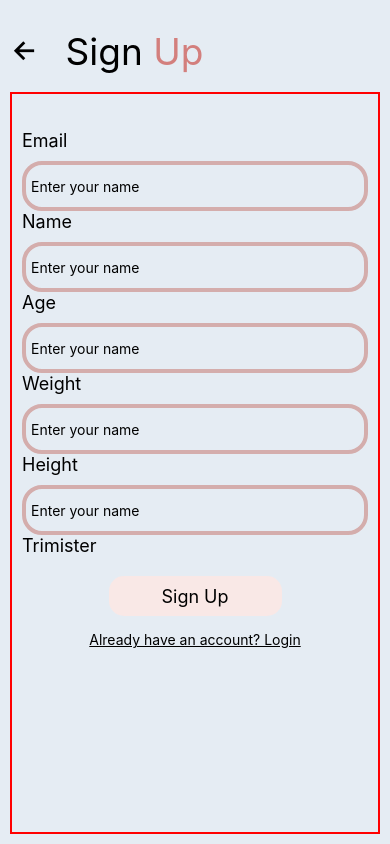
Repository: kgayathridevi/pregband
Screen: /Sign
An editor plug-in stored every save of this project. The screen is shown before and after the next save, followed by the edit.
The app was drawn by React Native's web renderer in a window 390 px wide. The project was rebuilt for these pictures with package versions that can differ from the ones it lists, and the page was loaded fresh each time. Also part of the build but not shown: component/Home.jsx.

Above is the screen before, as saved 2023-04-30 07:52:13.

### App.js
import { NavigationContainer } from "@react-navigation/native";
import { createNativeStackNavigator } from "@react-navigation/native-stack";
import { StatusBar } from "expo-status-bar";
import { StyleSheet, Text, View } from "react-native";
import SignUpScreen from "./component/SignUpScreen";
import LogInScreen from "./component/LogInScreen";
import Home from "./component/Home";

const Stack = createNativeStackNavigator();
export default function App() {
  return (
    <NavigationContainer>
      <Stack.Navigator initialRouteName="Log">
        <Stack.Screen
          options={{ headerShown: false }}
          name="Log"
          component={LogInScreen}
        />
        <Stack.Screen
          options={{ headerShown: false }}
          name="Sign"
          component={SignUpScreen}
        />
        <Stack.Screen name="Home" component={Home} />
      </Stack.Navigator>
    </NavigationContainer>
  );
}

const styles = StyleSheet.create({
  // container: {
  //   flex: 1,
  //   backgroundColor: '#fff',
  //   alignItems: 'center',
  //   justifyContent: 'center',
  // },
});

### component/SignUpScreen.jsx
import {
  StyleSheet,
  Text,
  View,
  TextInput,
  TouchableOpacity,
} from "react-native";
import React from "react";
import { Button } from "react-native";
import Ionicons from "@expo/vector-icons/Ionicons";
import { SafeAreaView } from "react-native-safe-area-context";

const SignUpScreen = ({ navigation }) => {
  return (
    <SafeAreaView style={styles.container}>
      <View style={styles.headerContainer}>
        <View style={styles.btnCont}>
          <Ionicons name="arrow-back" color="black" size={30} />
        </View>
        <View style={styles.titleContain}>
          <Text style={styles.textC}>Sign</Text>
          <Text style={[styles.textC, styles.textC2]}> Up</Text>
        </View>
      </View>
      <View style={styles.mainContainer}>
        <View style={styles.inputContainer}>
          <Text style={{ fontSize: 18 }}>Email</Text>
          <TextInput style={styles.textInp} placeholder="Enter your name" />

          <Text style={{ fontSize: 18 }}>Name</Text>
          <TextInput style={styles.textInp} placeholder="Enter your name" />

          <Text style={{ fontSize: 18 }}>Age</Text>
          <TextInput style={styles.textInp} placeholder="Enter your name" />

          <Text style={{ fontSize: 18 }}>Weight</Text>
          <TextInput style={styles.textInp} placeholder="Enter your name" />

          <Text style={{ fontSize: 18 }}>Height</Text>
          <TextInput style={styles.textInp} placeholder="Enter your name" />

          <Text style={{ fontSize: 18 }}>Trimister</Text>
          {/* <TextInput style={styles.textInp} placeholder="Enter your name" /> */}

          {/* <Text style={{ fontSize: 18, marginTop: 15 }}>Password</Text>
          <TextInput style={styles.textInp} placeholder="Enter your password" /> */}

          <View style={{ marginTop: 20, alignItems: "center" }}>
            <TouchableOpacity
              style={styles.logBtn}
              onPress={() => navigation.navigate("Home")}
            >
              <Text style={{ fontSize: 18 }}>Sign Up</Text>
            </TouchableOpacity>
            <TouchableOpacity onPress={() => navigation.navigate("Sign")}>
              <Text style={{ textDecorationLine: "underline", marginTop: 15 }}>
                Already have an account? Login
              </Text>
            </TouchableOpacity>
          </View>
        </View>
      </View>
    </SafeAreaView>
  );
};

export default SignUpScreen;

const styles = StyleSheet.create({
  container: {
    // borderWidth: 2,
    height: "100%",
    backgroundColor: "#E5ECF3",
    padding: 10,
  },
  headerContainer: {
    // borderWidth: 2,
    height: "10%",
    flexDirection: "row",
    justifyContent: "space-between",
  },
  titleContain: {
    // borderWidth: 2,
    flexDirection: "row",
    width: "85%",
    alignItems: "center",
  },
  btnCont: {
    justifyContent: "center",
    // borderWidth: 2,
  },
  textC: {
    fontSize: 37,
  },
  textC2: {
    color: "#D37F7D",
  },
  mainContainer: {
    borderWidth: 2,
    height: "90%",
    borderColor: "red",
  },
  inputContainer: {
    // borderWidth: 2,
    height: "80%",
    justifyContent: "center",
    padding: 10,
  },
  textInp: {
    borderWidth: 4,
    borderColor: "#D4ADAC",
    borderRadius: 20,
    height: 50,
    paddingHorizontal: 5,
    marginTop: 10,
  },
  logBtn: {
    backgroundColor: "#F9E8E6",
    height: 40,
    alignItems: "center",
    justifyContent: "center",
    width: "50%",
    borderRadius: 15,
  },
});

### component/LogInScreen.jsx
import {
  Button,
  StyleSheet,
  Text,
  TextInput,
  TouchableOpacity,
  View,
} from "react-native";
import React from "react";
import { SafeAreaView } from "react-native-safe-area-context";
import Ionicons from "@expo/vector-icons/Ionicons";

const LogInScreen = ({ navigation }) => {
  return (
    <SafeAreaView style={styles.container}>
      <View style={styles.headerContainer}>
        <View style={styles.btnCont}>
          {/* <Text>back</Text> */}
          <Ionicons name="arrow-back" color="black" size={30} />
        </View>
        <View style={styles.titleContain}>
          <Text style={styles.textC}>Log</Text>
          <Text style={[styles.textC, styles.textC2]}> In</Text>
        </View>
      </View>
      <View style={styles.mainContainer}>
        <View style={styles.inputContainer}>
          <Text style={{ fontSize: 18 }}>Email</Text>
          <TextInput style={styles.textInp} placeholder="Enter your name" />

          <Text style={{ fontSize: 18, marginTop: 15 }}>Password</Text>
          <TextInput style={styles.textInp} placeholder="Enter your password" />

          <View style={{ marginTop: 55, alignItems: "center" }}>
            <TouchableOpacity
              style={styles.logBtn}
              onPress={() => navigation.navigate("Home")}
            >
              <Text style={{ fontSize: 18 }}>Log In</Text>
            </TouchableOpacity>
            <TouchableOpacity onPress={() => navigation.navigate("Sign")}>
              <Text style={{ textDecorationLine: "underline", marginTop: 15 }}>
                Dont have an account? SignUp
              </Text>
            </TouchableOpacity>
          </View>
        </View>
        <View></View>
      </View>
    </SafeAreaView>
  );
};

export default LogInScreen;

const styles = StyleSheet.create({
  container: {
    // borderWidth: 2,
    height: "100%",
    backgroundColor: "#E5ECF3",
    padding: 10,
  },
  headerContainer: {
    // borderWidth: 2,
    height: "10%",
    flexDirection: "row",
    justifyContent: "space-between",
  },
  titleContain: {
    // borderWidth: 2,
    flexDirection: "row",
    width: "85%",
    alignItems: "center",
  },
  btnCont: {
    justifyContent: "center",
    // borderWidth: 2,
  },
  textC: {
    fontSize: 37,
  },
  textC2: {
    color: "#D37F7D",
  },

  mainContainer: {
    // borderWidth: 2,
    height: "90%",
    borderColor: "red",
  },
  inputContainer: {
    // borderWidth: 2,
    height: "80%",
    justifyContent: "center",
    padding: 10,
  },
  textInp: {
    borderWidth: 4,
    borderColor: "#D4ADAC",
    borderRadius: 20,
    height: 50,
    paddingHorizontal: 5,
    marginTop: 10,
  },
  logBtn: {
    backgroundColor: "#F9E8E6",
    height: 40,
    alignItems: "center",
    justifyContent: "center",
    width: "50%",
    borderRadius: 15,
  },
});

After the next save:
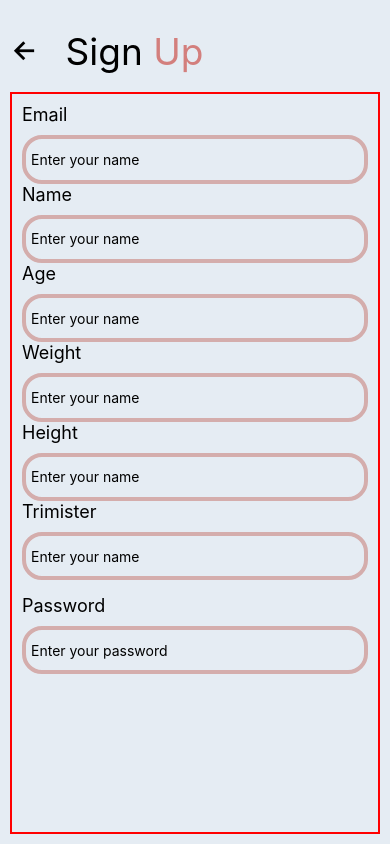
Saved 24 s later.
--- a/component/SignUpScreen.jsx
+++ b/component/SignUpScreen.jsx
@@ -40,12 +40,12 @@ const SignUpScreen = ({ navigation }) => {
           <TextInput style={styles.textInp} placeholder="Enter your name" />
 
           <Text style={{ fontSize: 18 }}>Trimister</Text>
-          {/* <TextInput style={styles.textInp} placeholder="Enter your name" /> */}
+          <TextInput style={styles.textInp} placeholder="Enter your name" />
 
-          {/* <Text style={{ fontSize: 18, marginTop: 15 }}>Password</Text>
-          <TextInput style={styles.textInp} placeholder="Enter your password" /> */}
+          <Text style={{ fontSize: 18, marginTop: 15 }}>Password</Text>
+          <TextInput style={styles.textInp} placeholder="Enter your password" />
 
-          <View style={{ marginTop: 20, alignItems: "center" }}>
+          {/* <View style={{ marginTop: 20, alignItems: "center" }}>
             <TouchableOpacity
               style={styles.logBtn}
               onPress={() => navigation.navigate("Home")}
@@ -57,7 +57,7 @@ const SignUpScreen = ({ navigation }) => {
                 Already have an account? Login
               </Text>
             </TouchableOpacity>
-          </View>
+          </View> */}
         </View>
       </View>
     </SafeAreaView>
